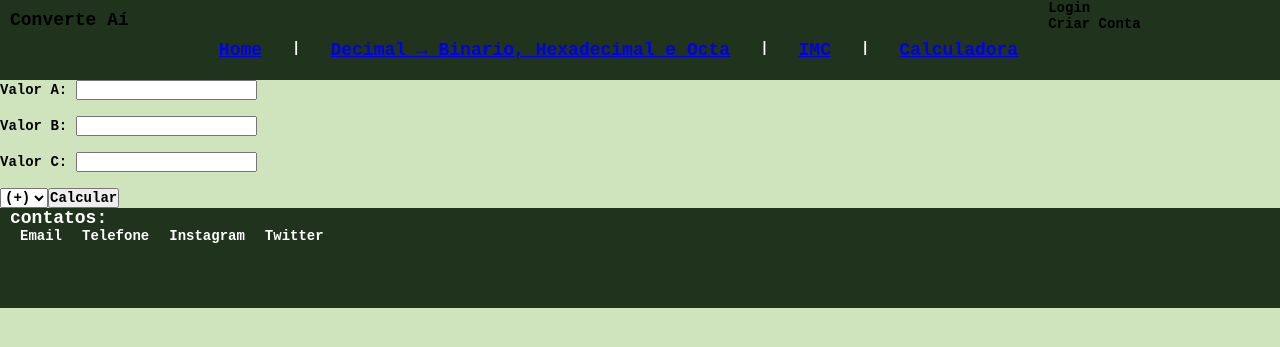
Repository: Frav1u/converteai
Page: ConverteAi/src/main/webapp/META-INF/calculadora.html
These files come from the project's save history. The page is drawn as it stood at one moment and after the next save; the edit follows.
The browser window is 1280 px wide. The pictures show the whole page.
Some web fonts or font styles are not loaded; a fallback is used.

Above is the page before, as saved 2023-10-01 20:40:39.

After the next save:
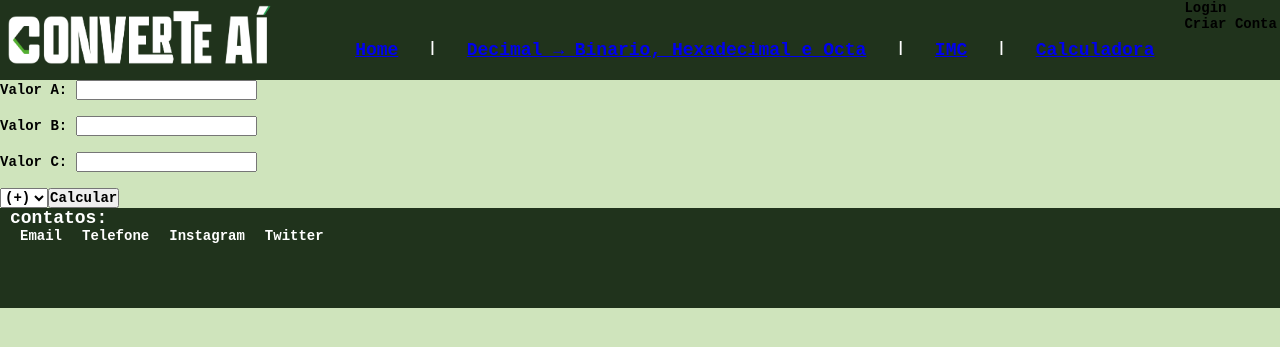
Saved 4 min 28 s later.
--- a/ConverteAi/src/main/webapp/META-INF/calculadora.html
+++ b/ConverteAi/src/main/webapp/META-INF/calculadora.html
@@ -9,7 +9,7 @@
 </head>
 <body>
 		<header>
-		<a>Converte Aí</a>
+		<img class="img" src="logo.png">
 
 		<nav>
 			<ul class="menu">
